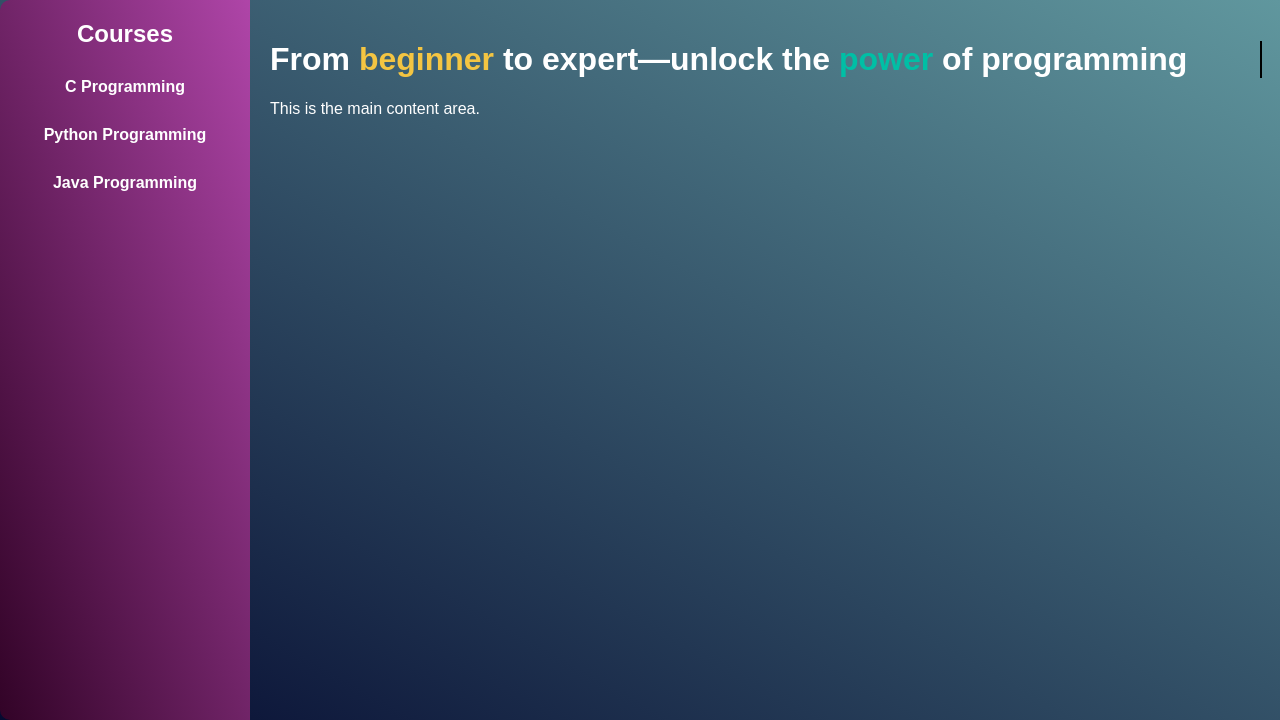
Repository: RishitSharma88/SeaGro
Page: templates/learningcourses.html
An editor plug-in stored every save of this project. The page is shown before and after the next save, followed by the edit.
The browser window is 1280 px wide. The pictures show the whole page.
The template is drawn by Flask 3. The application's start-up code is not run. The template is opened directly, without the code that normally fills it, so the values that code supplies are empty.

Above is the page before, as saved 2024-12-28 14:05:37.

After the next save:
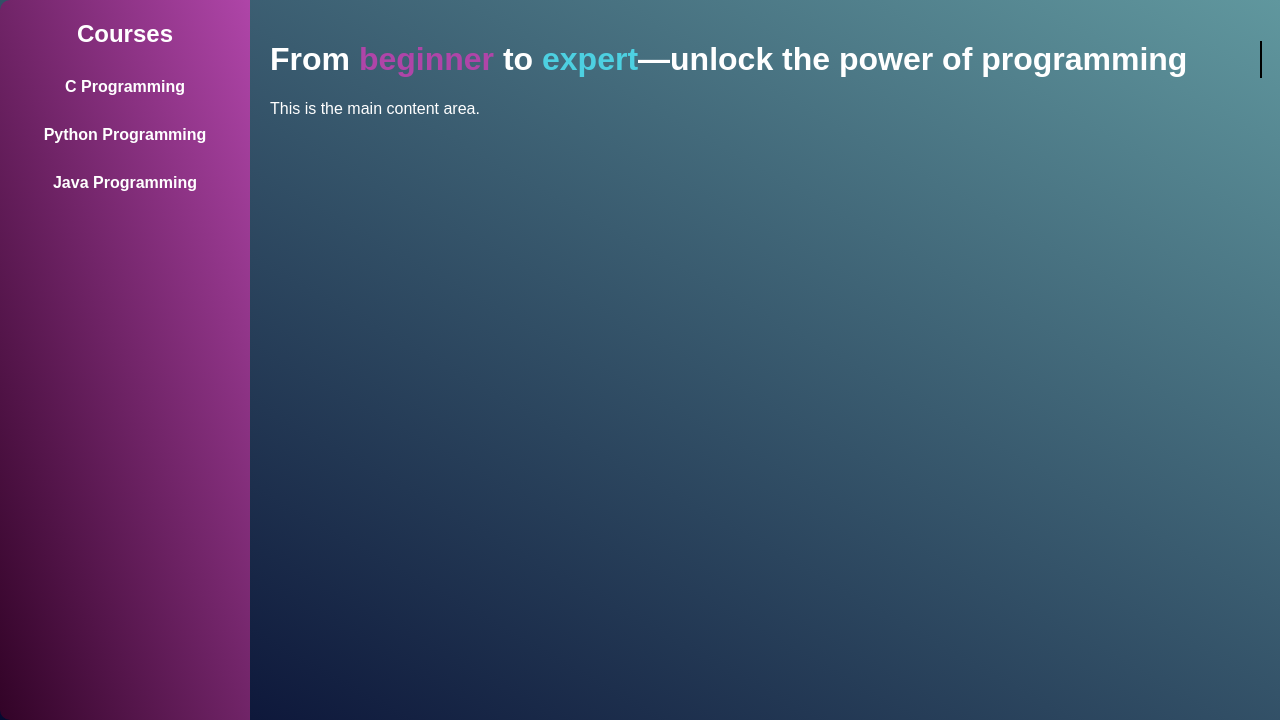
Saved 113 s later.
--- a/templates/learningcourses.html
+++ b/templates/learningcourses.html
@@ -87,10 +87,10 @@
             }
         }
         .highlight1{
-            color:#f4c542
+            color:#af45a8
         }
         .highlight2{
-            color:#00bfa5
+            color:#4dd0e1
         }
 
         /*.sidebar.collapsed {
@@ -139,7 +139,7 @@
 
     <div class="main-content">
         <h1 class="typing">
-            From <span class="highlight1">beginner</span> to expert—unlock the <span class="highlight2">power</span> of programming
+            From <span class="highlight1">beginner</span> to <span class="highlight2">expert</span>—unlock the power of programming
         </h1>
         <p>This is the main content area.</p>
     </div>
